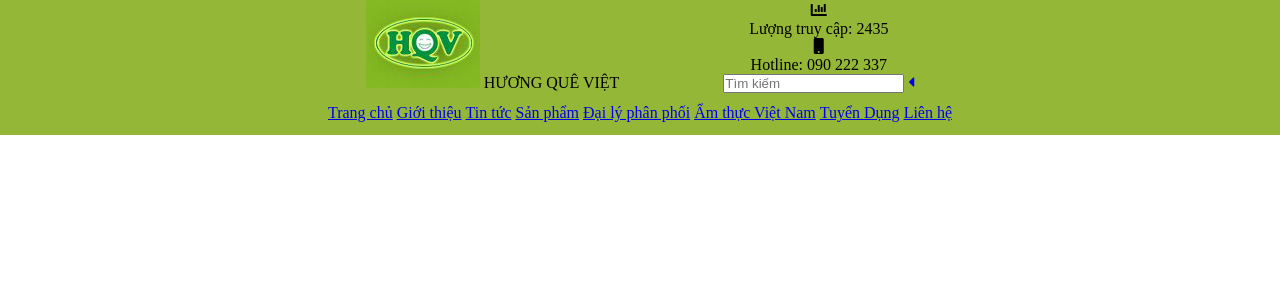
Repository: NgocTruong0701/Self_Learning
Page: html/practice/Baitapweb/index.html
These files come from the project's save history. The page is drawn as it stood at one moment and after the next save; the edit follows.
The browser window is 1280 px wide. The pictures show the whole page.

Above is the page before, as saved 2021-10-06 16:46:13.

### html/practice/Baitapweb/index.html
<!DOCTYPE html>
<html>
    <head>
        <title>Web Bài 4</title>
        <meta charset="UTF-8">
        <meta name="author" content="Lê Ngọc Trường">
        <link rel="stylesheet" type="text/css" href="./assets/css/styles.css">
        <link rel="stylesheet" href="./assets/font/fontawesome-free-5.15.4-web/css/all.css">
    </head>

    <body>
        <!-- Begin Header -->
        <header>
            <!-- logo -->
            <div class="logo">
                <img src="./assets/pictures/logo/logo.jpg" alt="logo">
            </div>

            <!-- tiêu đề -->
            <div class="header-heading">
                hương quê việt
            </div>

            <!-- khối bên phải -->
            <div class="box-right">
                <div class="thongtin">
                    <div class="ltruycap">
                        <i class="fas fa-chart-bar"></i>
                        <p>Lượng truy cập: 2435</p>
                    </div>

                    <div class="hotline">
                        <i class="fas fa-mobile"></i>
                        <p>Hotline: 090 222 337</p>
                    </div>
                </div>

                <div class="search">
                    <form action="url" method="GET">
                        <input type="text" placeholder="Tìm kiếm">
                        <a href="#">
                            <i class="fas fa-caret-left"></i>
                        </a>
                    </form>
                </div>
            </div>

            <!-- menu header -->
            <div class="menu-header">
                <ul class="menu-tren">
                    <li><a href="#">Trang chủ</a></li>
                    <li><a href="#">Giới thiệu</a></li>
                    <li><a href="#">Tin tức</a></li>
                    <li><a href="#">Sản phẩm</a></li>
                    <li><a href="#">Đại lý phân phối</a></li>
                    <li><a href="#">Ẩm thực Việt Nam</a></li>
                    <li><a href="#">Tuyển Dụng</a></li>
                    <li><a href="#">Liên hệ</a></li>
                </ul>
            </div>

        </header>
        <!-- End Header -->

        <!-- Begin Body -->
        <div id="container">

        </div>
        <!-- End Body -->

        <!-- Begin Footer -->
        <footer>

        </footer>
        <!-- End Footer -->
    </body>
</html>

### html/practice/Baitapweb/assets/css/styles.css
/* RESET CSS */
*{
    padding:0;
    margin: 0;
    box-sizing:border-box;
}

/* Begin Header */
header{
    background-color: #94b737;
    text-align: center;
    width: 100%;
    height: 135px;
}

.logo{
    display: inline-block;
}

.header-heading{
    text-transform: uppercase;
    display: inline-block;
    padding-right:100px;
    height: ;

}

header .box-right{
    display: inline-block;
}

.menu-header{
    height: 40px;
}


.menu-tren li{
    display: inline-block;
}

.menu-tren li a{
    line-height: 40px;
}


/* End Header */

/* Begin Container */




/* End Container */

/* Begin Footer */





/* End Footer */

Loaded but not shown: html/practice/Baitapweb/Web4-Webside-LeNgocTruong-2020601391/assets/font/fontawesome-free-5.15.4-web/css/all.css (library)

After the next save:
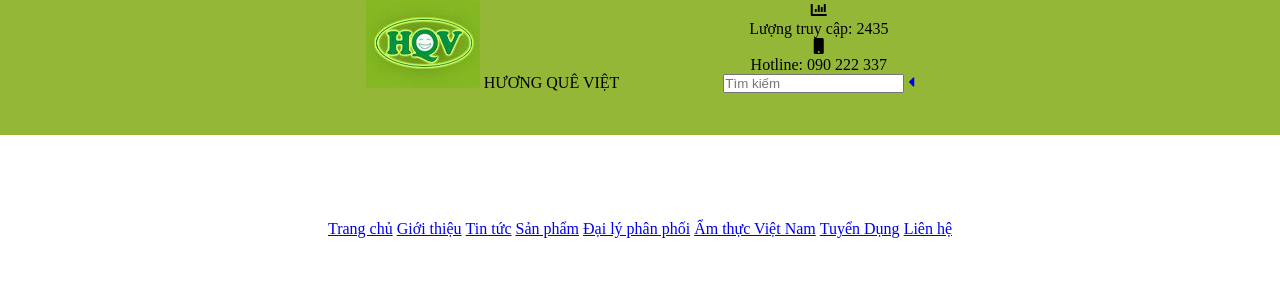
Saved 4 s later.
--- a/html/practice/Baitapweb/assets/css/styles.css
+++ b/html/practice/Baitapweb/assets/css/styles.css
@@ -21,7 +21,7 @@ header{
     text-transform: uppercase;
     display: inline-block;
     padding-right:100px;
-    height: ;
+    height: 100%;
 
 }
 

After the save that followed:
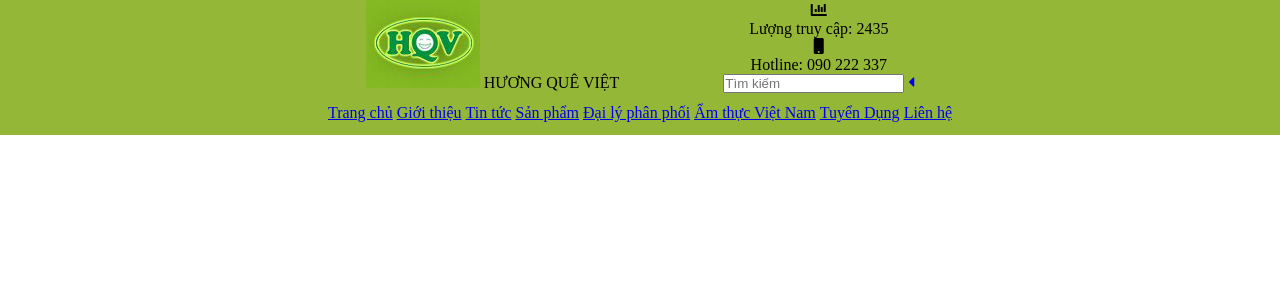
Saved 16 s later.
--- a/html/practice/Baitapweb/assets/css/styles.css
+++ b/html/practice/Baitapweb/assets/css/styles.css
@@ -21,7 +21,7 @@ header{
     text-transform: uppercase;
     display: inline-block;
     padding-right:100px;
-    height: 100%;
+    height:
 
 }
 
